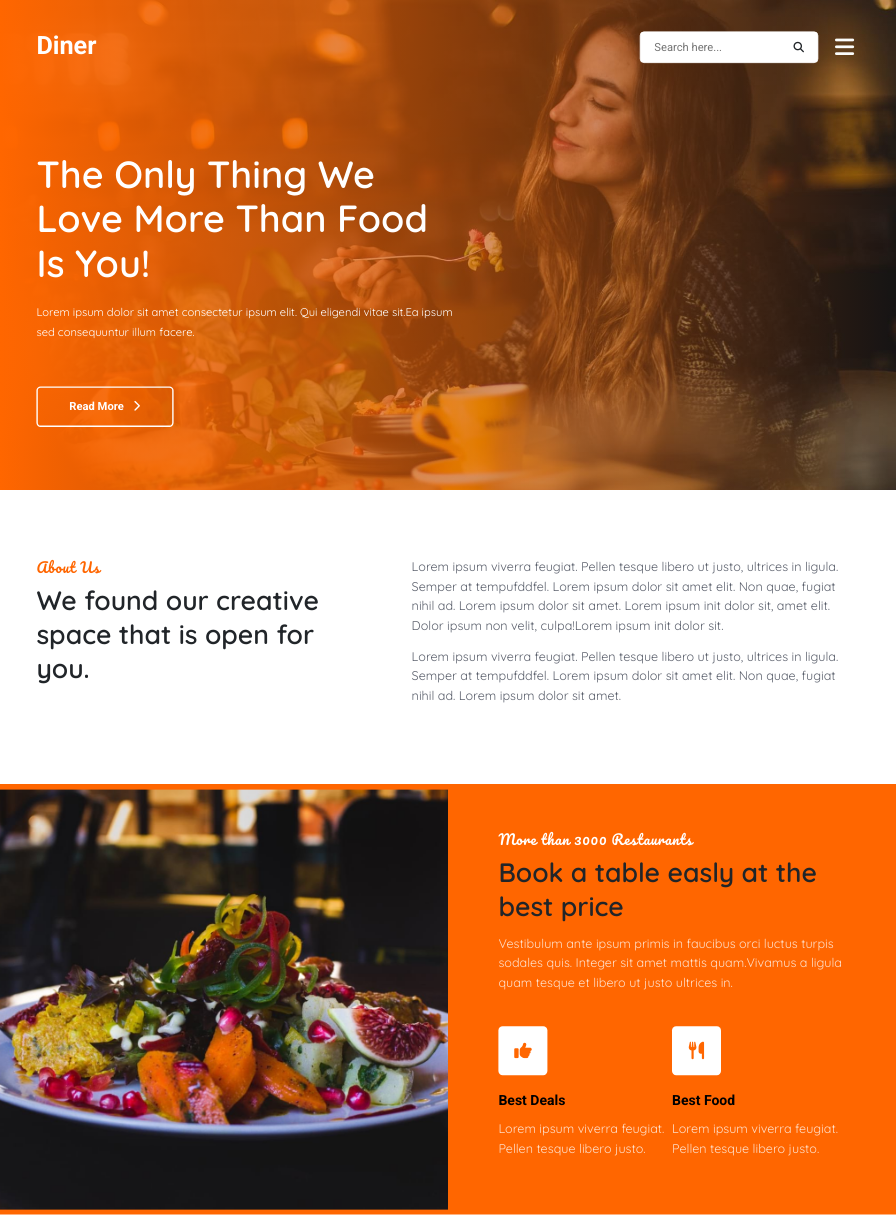
Repository: minhtrivu6199/Diner
Page: index.html
These files come from the project's save history. The page is drawn as it stood at one moment and after the next save; the edit follows.
The browser window is 1280 px wide. The pictures show the whole page, at 70% of full size.
Backgrounds fixed to the window are drawn as part of the page. The style sheet was rebuilt from its Sass, Less or Tailwind sources for each picture, by a compiler version that may differ from the author's.

Above is the page before, as saved 2022-10-10 16:15:37.

### index.html
<!DOCTYPE html>
<html lang="en">
  <head>
    <title>Title</title>
    <!-- Required meta tags -->
    <meta charset="utf-8" />
    <meta
      name="viewport"
      content="width=device-width, initial-scale=1, shrink-to-fit=no"
    />
    <!-- FontAwesome 6.2.0 CSS -->
    <link
      rel="stylesheet"
      href="https://cdnjs.cloudflare.com/ajax/libs/font-awesome/6.2.0/css/all.min.css"
      integrity="sha512-xh6O/CkQoPOWDdYTDqeRdPCVd1SpvCA9XXcUnZS2FmJNp1coAFzvtCN9BmamE+4aHK8yyUHUSCcJHgXloTyT2A=="
      crossorigin="anonymous"
      referrerpolicy="no-referrer"
    />

    <!-- Font -->
    <link rel="preconnect" href="https://fonts.googleapis.com" />
    <link rel="preconnect" href="https://fonts.gstatic.com" crossorigin />
    <link
      href="https://fonts.googleapis.com/css2?family=Roboto:wght@100;300;400;500;700;900&display=swap"
      rel="stylesheet"
    />
    <link
      href="https://fonts.googleapis.com/css2?family=Pacifico&display=swap"
      rel="stylesheet"
    />
    <link
      href="https://fonts.googleapis.com/css2?family=Quicksand:wght@300;400;500;600;700&display=swap"
      rel="stylesheet"
    />

    <!-- Bootstrap CSS v5.2.1 -->
    <link
      href="https://cdn.jsdelivr.net/npm/bootstrap@5.2.1/dist/css/bootstrap.min.css"
      rel="stylesheet"
      integrity="sha384-iYQeCzEYFbKjA/T2uDLTpkwGzCiq6soy8tYaI1GyVh/UjpbCx/TYkiZhlZB6+fzT"
      crossorigin="anonymous"
    />
    <!-- CSS -->
    <link rel="stylesheet" href="./css/style.min.css" />
  </head>

  <body>
    <!-- HEADER BANNER -->
    <section class="header-banner">
      <div class="container">
        <!-- BANNER HEADER -->
        <div class="banner-header">
          <div class="banner-logo">
            <h1>
              <a href="" class="logo-brand">Diner</a>
            </h1>
          </div>
          <div class="banner-right-content">
            <div class="search-bar">
              <form class="search position-relative">
                <input
                  type="search"
                  class="search-input"
                  placeholder="Search here..."
                />
                <span class="fa fa-search search-icon"></span>
              </form>
            </div>
            <div class="menu text-center">
              <div class="mobile-position">
                <nav class="navigation">
                  <!-- <div class="theme-switch-wrapper">
                    <label for="checkbox" class="theme-switch">
                      <input type="checkbox" id="checkbox" />
                      <div class="mode-container">
                        <i class="fa fa-sun"></i>
                        <i class="fa fa-moon"></i>
                      </div>
                    </label>
                  </div> -->
                </nav>
              </div>
              <div class="mobile-nav-button text-center">
                <button id="trigger-overlay" type="button">
                  <i class="fa fa-bars" aria-hidden="true"></i>
                </button>
              </div>
            </div>
          </div>
          <!-- NAV MENU -->
          <div class="overlay overlay-scale">
            <button type="button" class="overlay-close">
              <i class="fa fa-times" aria-hidden="true"></i>
            </button>

            <nav>
              <ul>
                <li><a href="index.html" class="active">Home</a></li>
                <li><a href="about.html">About</a></li>
                <li><a href="services.html">Services</a></li>
                <li><a href="blog.html">Blog</a></li>
                <li><a href="error.html">404</a></li>
                <li><a href="">Landing Page</a></li>
                <li><a href="contact.html">Contact</a></li>
                <li><a href="">Shot Codes</a></li>
                <li><a href="">Email</a></li>
              </ul>
            </nav>
          </div>
          <!-- END NAV MENU -->
        </div>
        <!-- END BANNER HEADER -->
        <div class="banner-info">
          <h3 class="mb-4 title">The only thing we love more than food is you!</h3>
          <div class="separator"></div>
          <p class="pr-lg-5 mt-md-4 mt-3">
            Lorem ipsum dolor sit amet consectetur ipsum elit. Qui eligendi
            vitae sit.Ea ipsum sed consequuntur illum facere.
          </p>
          <a class="btn btn-white mt-sm-5 mt-4 mr-2" href="about.html">
            Read More
            <span class="fa fa-chevron-right ms-2" aria-hidden="true"></span>
          </a>
        </div>
      </div>
    </section>
    <!-- END HEADER -->

    <!-- ABOUT -->
    <section class="about-us py-5">
      <div class="container py-md-5">
        <div class="row content">
          <div class="col-lg-5 content-left">
            <div class="about-title">
              <h6 class="subtitle">About Us</h6>
              <h3 class="title mb-4">
                We found our creative space that is open for you.
              </h3>
            </div>
          </div>
          <div class="col-lg-7 content-right ps-lg-5">
            <p>
              Lorem ipsum viverra feugiat. Pellen tesque libero ut justo, ultrices in ligula. Semper at tempufddfel. Lorem ipsum dolor sit amet elit. Non quae, fugiat nihil ad. Lorem ipsum dolor sit amet. Lorem ipsum init dolor sit, amet elit. Dolor ipsum non velit, culpa!Lorem ipsum init dolor sit.
            </p>
            <p class="mt-3">
              Lorem ipsum viverra feugiat. Pellen tesque libero ut justo, ultrices in ligula. Semper at tempufddfel. Lorem ipsum dolor sit amet elit. Non quae, fugiat nihil ad. Lorem ipsum dolor sit amet.
            </p>
          </div>
        </div>
      </div>
    </section>
    <!-- END ABOUT -->

    <!-- AGENT -->
    <section class="agent">
      <div class="container-fluid">
        <div class="row align-items-center gx-0">
          <div class="col-lg-6 pt-lg-0 pt-5">
            <div class="agent-image"></div>
          </div>
          <div class="col-lg-6 px-lg-4 py-lg-3 py-4">
            <div class="agent-info p-md-5 p-3">
              <h6 class="subtitle">
                More than 3000 Restaurants
              </h6>
              <h3 class="title">
                Book a table easly at the best price
              </h3>
              <p class="my-3">
                Vestibulum ante ipsum primis in faucibus orci luctus turpis sodales quis. Integer sit amet mattis quam.Vivamus a ligula quam tesque et libero ut justo ultrices in.
              </p>
              <div class="agent-interactive mt-5 gx-3">
                <div class="gd">
                  <div class="icon mb-4">
                    <span class="fa fa-thumbs-up"></span>
                  </div>
                  <a href="#" class="gd-link">Best Deals</a>
                  <p class="mt-2">
                    Lorem ipsum viverra feugiat. Pellen tesque libero justo.
                  </p>
                </div>
                <div class="gd">
                  <div class="icon mb-4">
                    <span class="fa fa-cutlery"></span>
                  </div>
                  <a href="#" class="gd-link">Best Food</a>
                  <p class="mt-2">
                    Lorem ipsum viverra feugiat. Pellen tesque libero justo.
                  </p>
                </div>
              </div>
            </div>
          </div>
        </div>
      </div>
    </section>
    <!-- END AGENT -->

    <!-- Bootstrap JavaScript Libraries -->
    <script
      src="https://cdn.jsdelivr.net/npm/@popperjs/core@2.11.6/dist/umd/popper.min.js"
      integrity="sha384-oBqDVmMz9ATKxIep9tiCxS/Z9fNfEXiDAYTujMAeBAsjFuCZSmKbSSUnQlmh/jp3"
      crossorigin="anonymous"
    ></script>

    <script
      src="https://cdn.jsdelivr.net/npm/bootstrap@5.2.1/dist/js/bootstrap.min.js"
      integrity="sha384-7VPbUDkoPSGFnVtYi0QogXtr74QeVeeIs99Qfg5YCF+TidwNdjvaKZX19NZ/e6oz"
      crossorigin="anonymous"
    ></script>

    <!-- JS -->
    <script src="./js/modernizr-2.6.2.min.js"></script>
    <script src="./js/classie.js"></script>
    <script src="./js/main.js"></script>
  </body>
</html>

### js/classie.js
/*!
 * classie - class helper functions
 * from bonzo https://github.com/ded/bonzo
 *
 * classie.has( elem, 'my-class' ) -> true/false
 * classie.add( elem, 'my-new-class' )
 * classie.remove( elem, 'my-unwanted-class' )
 * classie.toggle( elem, 'my-class' )
 */

/*jshint browser: true, strict: true, undef: true */
/*global define: false */

(function (window) {
  "use strict";

  // class helper functions from bonzo https://github.com/ded/bonzo

  function classReg(className) {
    return new RegExp("(^|\\s+)" + className + "(\\s+|$)");
  }

  // classList support for class management
  // altho to be fair, the api sucks because it won't accept multiple classes at once
  var hasClass, addClass, removeClass;

  if ("classList" in document.documentElement) {
    hasClass = function (elem, c) {
      return elem.classList.contains(c);
    };
    addClass = function (elem, c) {
      elem.classList.add(c);
    };
    removeClass = function (elem, c) {
      elem.classList.remove(c);
    };
  } else {
    hasClass = function (elem, c) {
      return classReg(c).test(elem.className);
    };
    addClass = function (elem, c) {
      if (!hasClass(elem, c)) {
        elem.className = elem.className + " " + c;
      }
    };
    removeClass = function (elem, c) {
      elem.className = elem.className.replace(classReg(c), " ");
    };
  }

  function toggleClass(elem, c) {
    var fn = hasClass(elem, c) ? removeClass : addClass;
    fn(elem, c);
  }

  var classie = {
    // full names
    hasClass: hasClass,
    addClass: addClass,
    removeClass: removeClass,
    toggleClass: toggleClass,
    // short names
    has: hasClass,
    add: addClass,
    remove: removeClass,
    toggle: toggleClass,
  };

  // transport
  if (typeof define === "function" && define.amd) {
    // AMD
    define(classie);
  } else {
    // browser global
    window.classie = classie;
  }
})(window);

### js/main.js
(function () {
  var container = document.querySelector("div.container"),
    triggerBttn = document.getElementById("trigger-overlay"),
    overlay = document.querySelector("div.overlay"),
    closeBttn = overlay.querySelector("button.overlay-close");
  (transEndEventNames = {
    WebkitTransition: "webkitTransitionEnd",
    MozTransition: "transitionend",
    OTransition: "oTransitionEnd",
    msTransition: "MSTransitionEnd",
    transition: "transitionend",
  }),
    (transEndEventName = transEndEventNames[Modernizr.prefixed("transition")]),
    (support = { transitions: Modernizr.csstransitions });

  function toggleOverlay() {
    if (classie.has(overlay, "open")) {
      classie.remove(overlay, "open");
      classie.remove(container, "overlay-open");
      classie.add(overlay, "close");
      var onEndTransitionFn = function (ev) {
        if (support.transitions) {
          if (ev.propertyName !== "visibility") return;
          this.removeEventListener(transEndEventName, onEndTransitionFn);
        }
        classie.remove(overlay, "close");
      };
      if (support.transitions) {
        overlay.addEventListener(transEndEventName, onEndTransitionFn);
      } else {
        onEndTransitionFn();
      }
    } else if (!classie.has(overlay, "close")) {
      classie.add(overlay, "open");
      classie.add(container, "overlay-open");
    }
  }

  triggerBttn.addEventListener("click", toggleOverlay);
  closeBttn.addEventListener("click", toggleOverlay);
})();

### scss/style.scss
@import "./base/variables";
@import "./pages/components/menu";



.header-banner {
  background-image: linear-gradient(to right, $orange, hsl(30deg 100% 1% / 20%)),
    url(../img/banner1.jpg);
  background-size: cover;
  background-position: initial;
  background-repeat: no-repeat;
  background-attachment: fixed;
  min-height: 700px;
  .container {
    .banner-header {
      display: flex;
      justify-content: space-between;
      align-items: center;
      padding: 40px 0 20px 0;
      .banner-logo {
        .logo-brand {
          font-size: 36px;
          font-weight: 700;
          color: $white;
        }
      }

      .banner-right-content {
        display: flex;
        justify-content: center;
        align-items: center;
        .search-bar {
          display: flex;
          .search {
            .search-input {
              padding: 10px 50px 10px 20px;
              height: 45px;
              font-size: 16px;
              color: $font-color;
              font-weight: 400;
              border-radius: 6px;
              position: relative;
              right: 0;
              background: $white;
              outline: 0;
              border: 1px solid $white;
            }
            .search-icon {
              position: absolute;
              right: 20px;
              font-size: 15px;
              cursor: pointer;
              top: 15px;
            }
          }
        }

        .menu {
          display: flex;
          justify-content: center;
          align-items: center;
          .mobile-nav-button {
            margin-left: 1rem;
          }
        }
      }
    }

    .banner-info {
        max-width: 600px;
        text-align: left;
        margin-top: 100px;
        h3 {
            font-size: 54px;
            line-height: 64px;
            text-transform: capitalize;
            color: $white;
        }
        p {
            font-size: 16px;
            line-height: 28px;
            color: $white;
        }

        .btn-white {
            background: transparent;
            border: 2px solid $white;
            color: $white;
            padding: 12px 45px;
            font-size: 16px;
            line-height: 30px;
            font-weight: 700;
            transition: 0.3s ease-in;
            border-radius: 6px;

            &:hover {
                background: $white;
                color: $orange;
            }
        }
    }
  }
}


.about-us {
    .container {
        .content {
            .content-right {
                p {
                    color: $font-color;
                }
            }
        }
    }
}

.agent {
    background: $orange;
    .container-fluid {
        margin: 0;
        padding: 0;
        .agent-image {
            background-image: url(../img/banner3.jpg);
            background-repeat: no-repeat;
            background-size: cover;
            background-position: center;
            position: relative;
            z-index: 1;
            min-height: 600px;
        }

        .agent-info {
            .subtitle {
                color: $white;
            }
            p {
                color: #ffdfc9;
            }
        }

        .agent-interactive {
            display: flex;
            flex: 1;
            .icon {
                background: $white;
                width: 70px;
                height: 70px;
                text-align: center;
                line-height: 70px;
                border-radius: 6px;
                transition: 0.3s ease-in-out;
                span.fa {
                    color: $orange;
                    font-size: 25px;
                    line-height:  70px;
                }
            }
            .gd-link {
                color: #000;
                font-weight: 700;
                line-height: 1.2;
                margin-bottom: 15px;
                font-size: 20px;
                display: block;
            }
        }
    }
}

### scss/base/_variables.scss
// Color
$blue: #007bff;
$indigo: #6610f2;
$purple: #6f42c1;
$pink: #e83e8c;
$red: #dc3545;
$orange: #ff6600;
$yellow: #ffc107;
$green: #28a745;
$teal: #20c997;
$cyan: #17a2b8;
$white: #fff;
$gray: #6c757d;
$gray-dark: #343a40;
$light-orange: #f8b195;
$success: #28a745;
$info: #17a2b8;
$warning: #ffc107;
$danger: #dc3545;
$light: #f8f9fa;
$dark: #343a40;
$font-color: rgba(22, 28, 45, 0.7);

*, ::after, ::before {
    margin: 0;
    padding: 0;
    box-sizing: border-box;
}

html,
body {
  font-family: "Roboto", sans-serif;
}
a {
  text-decoration: none;
  background-color: transparent;
  cursor: pointer;
}

.container {
    max-width: 1200px;
}

.subtitle {
    font-family: 'Pacifico', cursive;
    font-size: 20px;
    font-weight: 400;
    line-height: 30px;
    letter-spacing: 1px;
    color: $orange;
}

.title {
    font-size: 38px;
    line-height: 48px;
    font-weight: 600;
    font-family: 'Quicksand', sans-serif;
}

p {
    font-size: 18px;
    line-height: 28px;
    font-family: 'Quicksand', sans-serif;
}

### scss/pages/components/_menu.scss
@import '../../base/variables';
.overlay {
	position: fixed;
	width: 100%;
	height: 100%;
	top: 0;
	left: 0;
	background: rgb(6 3 0 / 77%);
}

/* Overlay closing cross */
.overlay .overlay-close {
    width: 40px;
    height: 40px;
    position: absolute;
    right: 40px;
    top: 40px;
    overflow: hidden;
    border: none;
    background: $orange;
    color: #fff;
    border-radius: 6px;
}

button#trigger-overlay {
	outline: none;
	border: none;
	background: none;
	text-align: center;
	color: #fbfdfb;
	font-size: 1.95em;
	padding: 0 8px;
}

/* Menu style */
.overlay nav {
	text-align: center;
	position: relative;
	top: 50%;
	height: 60%;
	-webkit-transform: translateY(-50%);
	transform: translateY(-50%);
}
.overlay ul {
	list-style: none;
	padding: 0;
	margin: 0 auto;
	display: inline-block;
	height: 100%;
	position: relative;
}
.overlay ul li {
	display: block;
	-webkit-backface-visibility: hidden;
	backface-visibility: hidden;
    line-height:3em;
}
.overlay ul li a {
	font-size: 20px;
	font-weight: 600;
	display: block;
	color: #fff;
	-webkit-transition: color 0.2s;
	transition: color 0.2s;
}

.overlay ul li a:hover,
.overlay ul li a:focus {
	color: $orange;
}

/* Effects */
.overlay-scale {
	visibility: hidden;
	opacity: 0;
	-webkit-transform: scale(0.9);
	transform: scale(0.9);
	-webkit-transition: -webkit-transform 0.2s, opacity 0.2s, visibility 0s 0.2s;
	transition: transform 0.2s, opacity 0.2s, visibility 0s 0.2s;
}

.overlay-scale.open {
	visibility: visible;
	opacity: 1;
	-webkit-transform: scale(1);
	transform: scale(1);
	-webkit-transition: -webkit-transform 0.4s, opacity 0.4s;
	transition: transform 0.4s, opacity 0.4s;
}

@media screen and (max-height: 30.5em) {
	.overlay nav {
		height: 70%;
		font-size: 34px;
	}

	.overlay ul li {
		min-height: 34px;
	}
}
@media (max-width:767px) {
	.overlay ul li a {
		font-size: 16px;
	}
	.overlay ul li {
		line-height: 2.5em;
	}
}
@media (max-width:600px) {
	.overlay ul li a {
		font-size: 16px;
	}
	.overlay ul li {
		line-height: 2.2em;
	}
}

Loaded but not shown: js/modernizr-2.6.2.min.js (library)

After the next save:
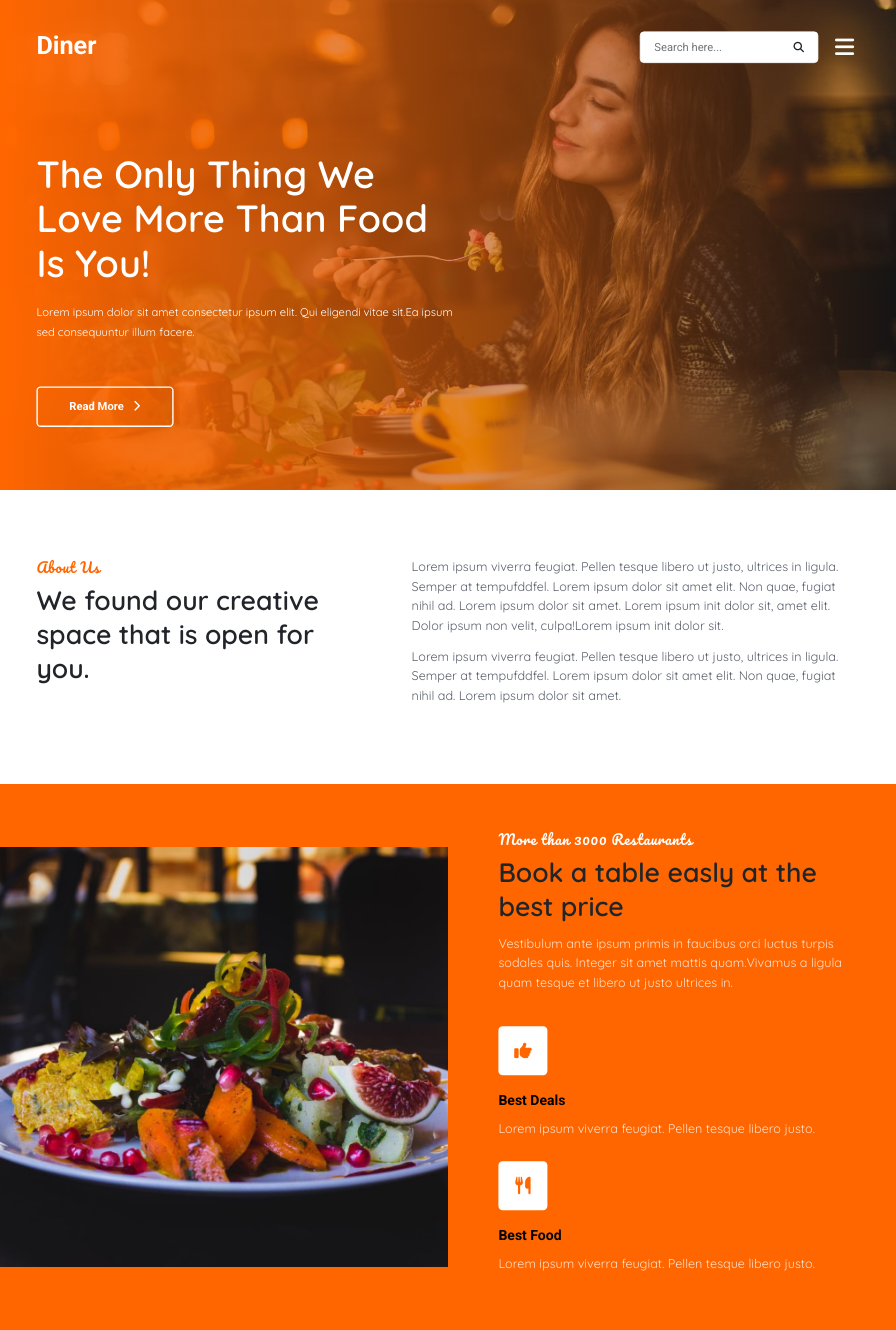
Saved 35 s later.
--- a/scss/style.scss
+++ b/scss/style.scss
@@ -140,8 +140,8 @@
         }
 
         .agent-interactive {
-            display: flex;
-            flex: 1;
+            display: grid;
+            gap: 1rem;
             .icon {
                 background: $white;
                 width: 70px;
